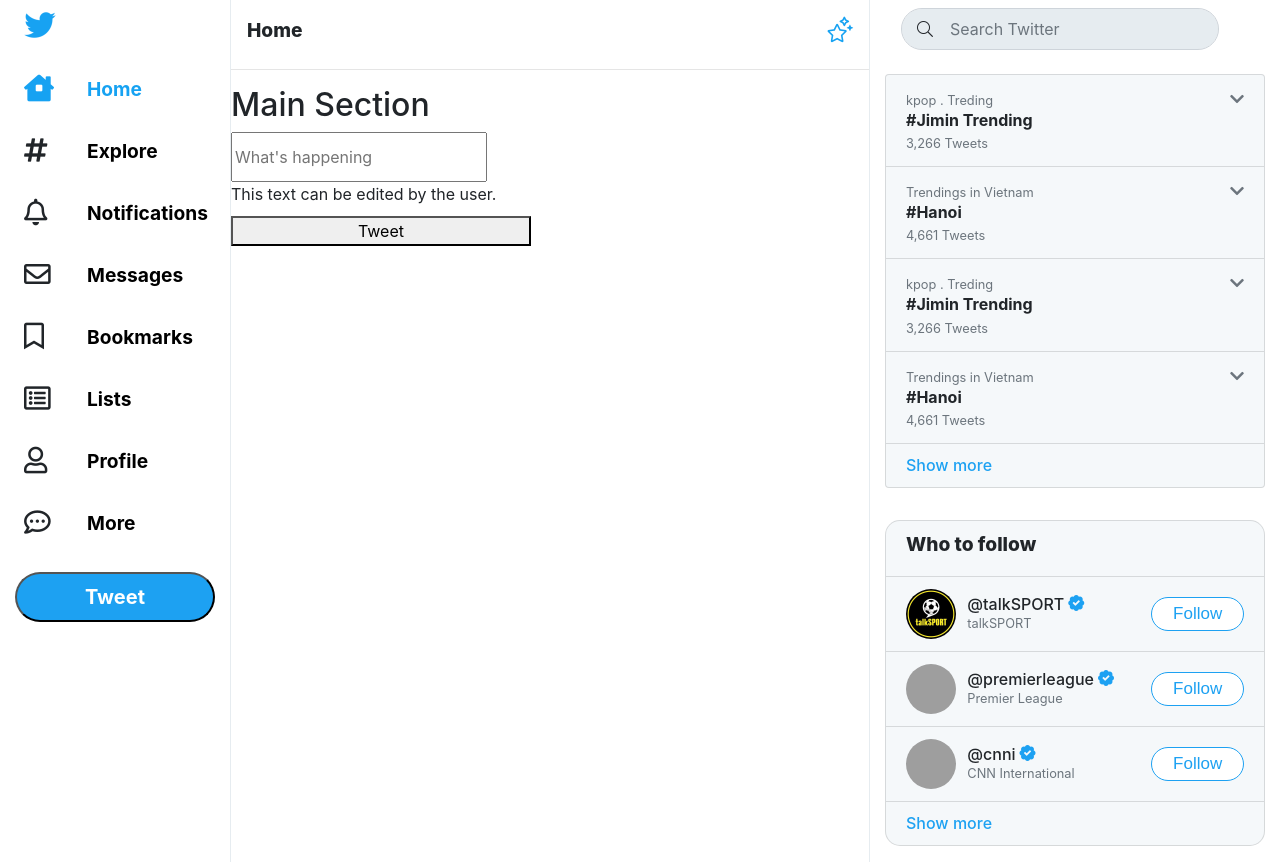
Repository: tts2610/Twitter-clone
Page: index.html
The author's editor kept a copy of each file at every save. The page is drawn from the files as they stood at one save, then again after the next save.
The browser window is 1280 px wide. The pictures show the whole page.
Pictures or frames that could not be fetched are drawn as grey boxes.

Above is the page before, as saved 2020-05-23 15:59:48.

### index.html
<!DOCTYPE html>
<html lang="en">

<head>
    <meta charset="UTF-8">
    <!-- <meta name="viewport" content="width=device-width, initial-scale=1.0"> -->
    <title>Document</title>
    <link rel="stylesheet" href="css/style.css">
    <!-- Latest compiled and minified CSS -->
    <link rel="stylesheet" href="https://maxcdn.bootstrapcdn.com/bootstrap/4.5.0/css/bootstrap.min.css">

    <!-- jQuery library -->
    <script src="https://ajax.googleapis.com/ajax/libs/jquery/3.5.1/jquery.min.js"></script>

    <!-- Popper JS -->
    <script src="https://cdnjs.cloudflare.com/ajax/libs/popper.js/1.16.0/umd/popper.min.js"></script>

    <!-- Latest compiled JavaScript -->
    <script src="https://maxcdn.bootstrapcdn.com/bootstrap/4.5.0/js/bootstrap.min.js"></script>

    <!-- <link rel="stylesheet" crossorigin="anonymous" href="https://use.fontawesome.com/releases/v5.6.3/css/all.css" integrity="sha384-UHRtZLI+pbxtHCWp1t77Bi1L4ZtiqrqD80Kn4Z8NTSRyMA2Fd33n5dQ8lWUE00s/" /> -->
    <link rel="stylesheet" href="css/all.css">

</head>


<body>
    <div class="container" style="width: 100%;">
        <div class="row">
            <div class="col-3 pr-5">
                <div class="row">
                    <div class="col"><img src="/img/twt-logo1.png" alt="twitter-logo" width="50" height="50"></div>
                </div>
                <div class="row my-3">
                    <div id="outerMenuContainer" style="color: #16a2f2;">
                        <div class="col-2 mr-4 py-2 px-4" style="font-size: 20px;"><i class="fas fa-house fa-lg"></i></div>
                        <div class="col-10 py-2" style="margin-right: 0px;padding-right: 0px;font-weight: 700;font-size: larger;"> <a href="#Home" style="color: #16a2f2;">Home</a></div>
                    </div>

                </div>
                <div class="row my-3">
                    <div id="outerMenuContainer">
                        <div class="col-2 mr-4 py-2 px-4" style="font-size: 20px;"><i class="fas fa-hashtag fa-lg"></i></div>
                        <div class="col-10" style="margin-right: 0px;padding-right: 0px;font-weight: 700;font-size: larger;"><a href="#services">Explore</a></div>

                    </div>
                </div>
                <div class="row my-3">
                    <div id="outerMenuContainer">
                        <div class="col-2 mr-4 py-2 px-4" style="font-size: 20px;"><i class="far fa-bell fa-lg"></i></div>
                        <div class="col-10" style="margin-right: 0px;padding-right: 0px;font-weight: 700;font-size: larger;"><a href="#clients">Notifications</a></div>

                    </div>
                </div>
                <div class="row my-3">
                    <div id="outerMenuContainer">
                        <div class="col-2 mr-4 py-2 px-4" style="font-size: 20px;"><i class="far fa-envelope fa-lg"></i></div>
                        <div class="col-10" style="margin-right: 0px;padding-right: 0px;font-weight: 700;font-size: larger;"><a href="#contact">Messages</a></div>
                    </div>
                </div>
                <div class="row my-3">
                    <div id="outerMenuContainer">
                        <div class="col-2 mr-4 py-2 px-4" style="font-size: 20px;"><i class="far fa-bookmark fa-lg"></i></div>
                        <div class="col-10" style="margin-right: 0px;padding-right: 0px;font-weight: 700;font-size: larger;"><a href="#clients">Bookmarks</a></div>
                    </div>
                </div>
                <div class="row my-3">
                    <div id="outerMenuContainer">
                        <div class="col-2 mr-4 py-2 px-4" style="font-size: 20px;"><i class="far fa-list-alt fa-lg"></i></div>
                        <div class="col-10" style="margin-right: 0px;padding-right: 0px;font-weight: 700;font-size: larger;"><a href="#contact">Lists</a></div>
                    </div>
                </div>
                <div class="row my-3">
                    <div id="outerMenuContainer">
                        <div class="col-2 mr-4 py-2 px-4" style="font-size: 20px;"><i class="far fa-user fa-lg"></i></div>
                        <div class="col-10" style="margin-right: 0px;padding-right: 0px;font-weight: 700;font-size: larger;"><a href="#clients">Profile</a></div>
                    </div>
                </div>
                <div class="row my-3">
                    <div id="outerMenuContainer">
                        <div class="col-2 mr-4 py-2 px-4" style="font-size: 20px;"><i class="far fa-comment-dots fa-lg"></i></div>
                        <div class="col-10" style="margin-right: 0px;padding-right: 0px;font-weight: 700;font-size: larger;"><a href="#contact">More</a></div>
                    </div>
                </div>
                <div class="row my-3">
                    <div class="col"><button class="tweetbtn" href="#">Tweet</button></div>
                </div>
            </div>

            <div class="col-6" style="border-right: #e6ecf0 solid 1px; border-left: #e6ecf0 solid 1px; padding-left: 0px; padding-right: 0px;">
                <nav class="navbar sticky-top navbar-light my-2" id="leftNav">
                    <span>Home</span>
                    <span style="color: #16a2f2;"><i class="fal fa-stars fa-lg"></i></span>
                </nav>
                <hr/>
                <div>
                    <h2>Main Section</h2>
                    <input type="text" id="tweetArea" placeholder="What's happening">
                    <div contenteditable="true">
                        This text can be edited by the user.
                    </div>
                    <button id="tweetBtn" onclick="post()">Tweet</button>
                    <span id="remain"></span>
                    <div id="content" class="mt-5">
                    </div>



                </div>
            </div>

            <div class="col-3">
                <nav class="navbar sticky-top navbar-light" id="rightNav">
                    <span style="position: absolute;z-index: 100;"><i class="fal fa-search ml-3"></i></span>
                    <div><input class="form-control mr-sm-2 pl-5" type="search" placeholder="Search Twitter" aria-label="Search" id="search"></div>
                </nav>
                <div id="trendings" class="py-3">
                    <ul class="list-group mb-3">
                        <!-- <li class="list-group-item d-flex justify-content-between lh-condensed header" style="border-radius: 15px 15px 0px 0px;" id="trendingHeader">
                            <div>
                                <div class="trends-header">Trends for you</div>
                            </div>
                            <span class="text-muted"><i class="fal fa-cog" style="COLOR: rgba(29,161,242,1.00); font-size: larger;"></i></span>
                        </li> -->
                        <li class="list-group-item d-flex justify-content-between lh-condensed content" id="trending1">
                            <div>
                                <small class="text-muted">Trendings in Vietnam</small>
                                <h6 class="my-0 hashtag">#Hanoi</h6>
                                <small class="text-muted">4,661 Tweets</small>
                            </div>
                            <span class="text-muted"><i class="fas fa-chevron-down"></i></span>
                        </li>
                        <li class="list-group-item d-flex justify-content-between lh-condensed content" id="trending2">
                            <div>
                                <small class="text-muted">kpop . Treding</small>
                                <h6 class="my-0 hashtag">#Jimin Trending</h6>
                                <small class="text-muted">3,266 Tweets</small>
                            </div>
                            <span class="text-muted"><i class="fas fa-chevron-down"></i></span>
                        </li>
                        <li class="list-group-item d-flex justify-content-between lh-condensed content" id="trending3">
                            <div>
                                <small class="text-muted">Trendings in Vietnam</small>
                                <h6 class="my-0 hashtag">#Hanoi</h6>
                                <small class="text-muted">4,661 Tweets</small>
                            </div>
                            <span class="text-muted"><i class="fas fa-chevron-down"></i></span>
                        </li>
                        <li class="list-group-item d-flex justify-content-between lh-condensed content" id="trending4">
                            <div>
                                <small class="text-muted">kpop . Treding</small>
                                <h6 class="my-0 hashtag">#Jimin Trending</h6>
                                <small class="text-muted">3,266 Tweets</small>
                            </div>
                            <span class="text-muted"><i class="fas fa-chevron-down"></i></span>
                        </li>
                        <li class="list-group-item d-flex justify-content-between lh-condensed content" style="border-radius: 0px 0px 15px 15px">
                            <div>
                                <h6 class="my-0"><a href="#" style="COLOR: rgba(29,161,242,1.00); text-decoration: none;">Show more</a></h6>
                            </div>
                        </li>
                    </ul>
                </div>

                <div id="whoToFollow" class="">
                    <ul class="list-group mb-3">
                        <li class="list-group-item d-flex justify-content-between lh-condensed" style="border-radius: 15px 15px 0px 0px;">
                            <div>
                                <h5 class="whoToFollow-header">Who to follow</h5>
                            </div>
                        </li>
                        <li class="list-group-item content">
                            <div class="row">
                                <div class="col-2">
                                    <img src="img/profileImages/talkSport.jpg" id="moreToFollowImg" alt="Avatar">
                                </div>
                                <div class="col-6">
                                    <div style="display: flex;">
                                        <h6 class="my-0 hashtag">@talkSPORT</h6>
                                        <i class="ml-1 fas fa-badge-check"></i>
                                    </div>

                                    <small class="text-muted">talkSPORT</small>

                                </div>
                                <div class="col-4">
                                    <a href="#" class="followBtn">Follow</a>
                                </div>
                            </div>
                        </li>
                        <li class="list-group-item content">
                            <div class="row">
                                <div class="col-2">
                                    <img src="https://d3pc1xvrcw35tl.cloudfront.net/ln/feedImages/643x481/bwpUoL-J_400x400_ckOpi7f_4RVQqqi_ZPjpFJN_cnPYP1e_202004.jpg" id="moreToFollowImg" alt="Avatar">
                                </div>
                                <div class="col-6">
                                    <div style="display: flex;">
                                        <h6 class="my-0 hashtag">@premierleague</h6>
                                        <i class="ml-1 fas fa-badge-check"></i>
                                    </div>

                                    <small class="text-muted">Premier League</small>

                                </div>
                                <div class="col-4">
                                    <a href="#" class="followBtn">Follow</a>
                                </div>
                            </div>
                        </li>
                        <li class="list-group-item content">
                            <div class="row">
                                <div class="col-2">
                                    <img src="https://upload.wikimedia.org/wikipedia/commons/thumb/6/66/CNN_International_logo.svg/1200px-CNN_International_logo.svg.png" id="moreToFollowImg" alt="Avatar">
                                </div>
                                <div class="col-6">
                                    <div style="display: flex;">
                                        <h6 class="my-0 hashtag">@cnni</h6>
                                        <i class="ml-1 fas fa-badge-check"></i>
                                    </div>

                                    <small class="text-muted">CNN International</small>

                                </div>
                                <div class="col-4">
                                    <a href="#" class="followBtn">Follow</a>
                                </div>
                            </div>
                        </li>
                        <li class="list-group-item d-flex justify-content-between lh-condensed content" style="border-radius: 0px 0px 15px 15px">
                            <div>
                                <h6 class="my-0"><a href="#" style="COLOR: rgba(29,161,242,1.00); text-decoration: none;">Show more</a></h6>
                            </div>
                        </li>
                    </ul>
                </div>
            </div>
        </div>
        <!-- END COL-3 -->
    </div>

    <script src="js/script.js"></script>
    <script src="js/moment.js"></script>
</body>

</html>

### css/style.css
* {
    box-sizing: border-box;
}

body {
    font-family: “Helvetica Neue”, Helvetica, Arial, sans-serif;
}


/* body .container {
    max-width: 80%;
    padding-left: 0px;
    padding-right: 0px;
} */


/* .container {
    width: 60%;
} */

@media (min-width: 1200px) {
    body .container {
        max-width: 100%;
    }
}


/* extra large devices */

@media screen and (min-width: 1800px) {
    body .container {
        max-width: 70%;
    }
}

.container .row .col-3 {
    max-width: 230px;
}

#leftNav {
    display: flex;
    justify-content: space-between;
    font-size: larger;
    font-weight: 800;
    background-color: white;
}

#rightNav {
    min-width: 380px;
    background-color: white;
}

#rightNav .input-group-prepend {
    background-color: white !important;
    color: white !important;
}

#search {
    border-radius: 30px;
    height: 10px;
    padding: 20px;
    position: relative;
    width: 318px;
    background-color: #e6ecf0;
}

.sidenav {
    height: 100%;
    position: fixed;
    z-index: 1;
    top: 0;
    left: 0;
    background-color: rgb(255, 255, 255);
    overflow-x: hidden;
    padding-top: 20px;
    border-right: 1px solid lightgrey;
}

.sidenav a {
    text-decoration: none;
    font-size: 25px;
    color: #000000;
    display: block;
    font-family: system-ui, -apple-system, BlinkMacSystemFont, "Segoe UI", Roboto, Ubuntu, "Helvetica Neue", sans-serif;
    ;
    margin: 5px;
    margin-bottom: 10px;
}

.sidenav a:hover {
    color: #16afdd;
}

.main {
    margin-left: 160px;
    /* Same as the width of the sidenav /
    font-size: 28px; / Increased text to enable scrolling */
    padding: 0px 10px;
}

@media screen and (max-height: 450px) {
    .sidenav {
        padding-top: 15px;
    }
    .sidenav a {
        font-size: 18px;
    }
}

.tweetbtn {
    height: 50px;
    width: 200px;
    border-radius: 40px;
    background-color: rgb(29, 161, 242);
    color: white;
    font-weight: bolder;
    font-size: 20px;
    cursor: pointer;
    margin-left: 0px;
    margin-top: 10px;
}

.tweetbtn:hover {
    background-color: rgba(26, 145, 218);
}

.home {
    display: flex;
}

.explore {
    display: flex;
}

.notifications {
    display: flex;
}

.messages {
    display: flex;
}

.bookmarks {
    display: flex;
}

.lists {
    display: flex;
}

.profile {
    display: flex;
}

.more {
    display: flex;
}


/* Clear floats after the columns */

.row:after {
    content: "";
    display: table;
    clear: both;
}

tr {
    text-align: center;
}

#tweetArea {
    width: max-content;
    height: 50px;
}

#tweetBtn {
    margin-top: 10px;
    width: 300px;
}

#trendings {
    min-width: 380px;
}

#trendings .list-group-item {
    background-color: #f5f8fa;
}

#trendings .content {
    cursor: pointer;
}

#trendings .trends-header {
    font-weight: 800;
    font-size: larger;
}

#trendings .content:hover {
    filter: brightness(97%)
}

#trendings ul li .hashtag {
    font-weight: 700;
}

#moreToFollowImg {
    border-radius: 50%;
    width: 50px;
    height: 50px;
}

.fa-badge-check {
    color: rgba(29, 161, 242, 1.00);
}

.followBtn {
    -webkit-border-radius: 20px;
    -moz-border-radius: 20px;
    border-radius: 25px;
    color: #1DA1F2;
    font-family: Arial;
    font-size: 17px;
    font-weight: 200;
    padding: 3px;
    background-color: #FFFFFF;
    border: solid #1DA1F2 1px;
    text-decoration: none;
    /* display: inline-block; */
    cursor: pointer;
    text-align: center;
}

.followBtn:hover {
    color: #1DA1F2;
    background: #CFE7F6;
    border-radius: 25px;
    text-decoration: none;
    opacity: 0.7;
}

#whoToFollow {
    min-width: 380px;
}

#whoToFollow .list-group-item {
    background-color: #f5f8fa;
}

#whoToFollow .content {
    cursor: pointer;
}

#whoToFollow .content:hover {
    filter: brightness(97%)
}

#whoToFollow .row .col-6 {
    display: flex;
    flex-direction: column;
    justify-content: center;
}

#whoToFollow .row .col-6 .hashtag {
    text-overflow: ellipsis;
    white-space: nowrap;
    overflow: hidden;
}

#whoToFollow .row .col-4 {
    display: flex;
    flex-direction: column;
    justify-content: center;
}

#whoToFollow .whoToFollow-header {
    font-weight: 800;
    font-size: larger;
}

h6 {
    font-weight: 700;
}

#content .functionBar {
    display: flex;
    justify-content: space-between;
}

#content .row {
    padding: 30px;
    border: 1px solid lightgrey;
}

#content .row div {
    margin-top: 4px;
}

#outerMenuContainer {
    display: flex;
    flex-direction: row;
    align-items: center;
    width: max-content;
}

#outerMenuContainer:hover {
    color: #1DA1F2 !important;
    background: #CFE7F6;
    border-radius: 25px;
    text-decoration: none;
    opacity: 0.7;
    /* padding: 5px 0px 5px 3px;
    width: max-content; */
}

#outerMenuContainer:hover a {
    color: #1DA1F2 !important;
}

#outerMenuContainer a {
    text-decoration: none;
    color: black;
}

### js/script.js
let tweetArea = document.getElementById("tweetArea");
const MAX_LETTER = 140;

let tweetList = [];




const countLetter = () => {
    let lengthOfSentence = tweetArea.value.length;

    let remain = MAX_LETTER - lengthOfSentence;



    if (remain < 0) {
        //  Disable button after 140 characters
        document.getElementById("tweetBtn").disabled = true;

        document.getElementById("remain").innerHTML = `${remain} left`;
        document.getElementById("remain").style.color = "red";
    } else {
        document.getElementById("remain").innerHTML = `${remain} left`;
        document.getElementById("remain").style.color = "black";
    }
}

const post = () => {

    let myTweet = {
        id: tweetList.length ? tweetList.length : 0,
        title: "Sean",
        logo: "img/profileImages/talkSport.jpg",
        content: "Pro-democracy activists warn that the new legislation could mean “the end of Hong Kong”",
        time: new Date().toISOString(),
        retweet: "6",
        likes: "20",
        comments: "10",
        isTweet: false,
        parent: null,
        hashtag: "@Sean"
    };

    // get value of input text
    let input = tweetArea.value;
    myTweet.content = input;

    tweetList.push(myTweet);
    renderFromList();

}



function deleteAll(id) {
    let index = tweetList.findIndex(element => element.id == id)
    tweetList.splice(index, 1)
    console.log(tweetList)
    renderFromList()
}

function renderFromList() {
    tweetList.sort((a, b) => b.id - a.id);
    let html = tweetList.map(element => {
        return `<div class="row">
        <div class="col-2">
            <img src="${element.logo}" id="moreToFollowImg" alt="Avatar">
        </div>
        <div class="col-10">
            <div>
                <span id="tweetTitle">${element.title}</span>
                <span><i class="ml-1 fas fa-badge-check"></i></span>
                <span>${element.hashtag}</span>
                <span>${moment(element.time).fromNow()}</span>
            </div>
            <div>
                ${element.content}
            </div>
            <div>
                link
            </div>
            <div class="functionBar">
                <i class="fal fa-comment"></i>
                <i class="far fa-retweet" onclick="retweet(${element.id})" style="cursor:pointer;"></i>
                <i class="fal fa-heart"></i>
                <i class="fal fa-upload" onclick="deleteAll(${element.id})"></i>
            </div>
        </div>
    </div>`

    }).join('')
    $('#content').empty();
    $('#content').append(html);
}

function retweet(id) {
    let original = tweetList.find(x => x.id == id);
    let child = {
        id: tweetList.length ? tweetList.length : 0,
        title: "Child",
        logo: "https://d3pc1xvrcw35tl.cloudfront.net/ln/feedImages/643x481/bwpUoL-J_400x400_ckOpi7f_4RVQqqi_ZPjpFJN_cnPYP1e_202004.jpg",
        content: original.content,
        time: "8mins",
        retweet: "6",
        likes: "20",
        comments: "10",
        isTweet: true,
        parent: original.id,
        hashtag: "@Child"
    }

    tweetList.push(child);
    console.log(tweetList);
    renderFromList();
}

function ranking() {
    let items = ['#trending1', '#trending2', '#trending3', '#trending4'];

    let randomItem = items[Math.floor(Math.random() * items.length)];
    var $myLi = $(randomItem)
    var $myUl = $(randomItem).parent();
    var listHeight = $myUl.innerHeight();
    var elemHeight = $myLi.height();
    var elemTop = $myLi.position().top;

    var moveUp = listHeight - (listHeight - elemTop) - 75;
    // var moveDown = elemHeight + 25;
    var moveDown = elemHeight + 25;
    var liId = $myLi.attr("id");
    var liHtml = $myLi.outerHTML();


    $("li").each(function() {
        if ($(this).attr("id") == liId || $(this).attr("id") == "trendingHeader" || $myLi.is(':first-child')) {
            return false;
        }
        $(this).animate({
            "top": '+=' + moveDown
        }, 1000);
        $myLi.animate({
            "top": '-=' + moveUp
        }, 1000, function() {
            $myLi.remove();
            var oldHtml = $myUl.html();

            $myUl.html(liHtml + oldHtml);
            $myUl.children("li").attr("style", "");
        });
    });


    setTimeout(ranking, 2000);
}

$(document).ready(function() {
    tweetArea.addEventListener("input", countLetter);
    $.fn.outerHTML = function() {
        return $(this).clone().wrap('<div></div>').parent().html();
    }
    setTimeout(ranking, 2000);
})



// var aPost = {
//   name: "Hugo",
//   logo: "mylogo.png",
//   time: "8mins",
//   retweet: "6",
//   likes: "20",
//   comments: "10"
// isTweet: true,
// parent:
hastags: ["#teamMember", "#French"]
    // };

// let myList = [aPost,aPost,aPost,aPost]

Loaded but not shown: css/all.css (library); js/moment.js (library)

After the next save:
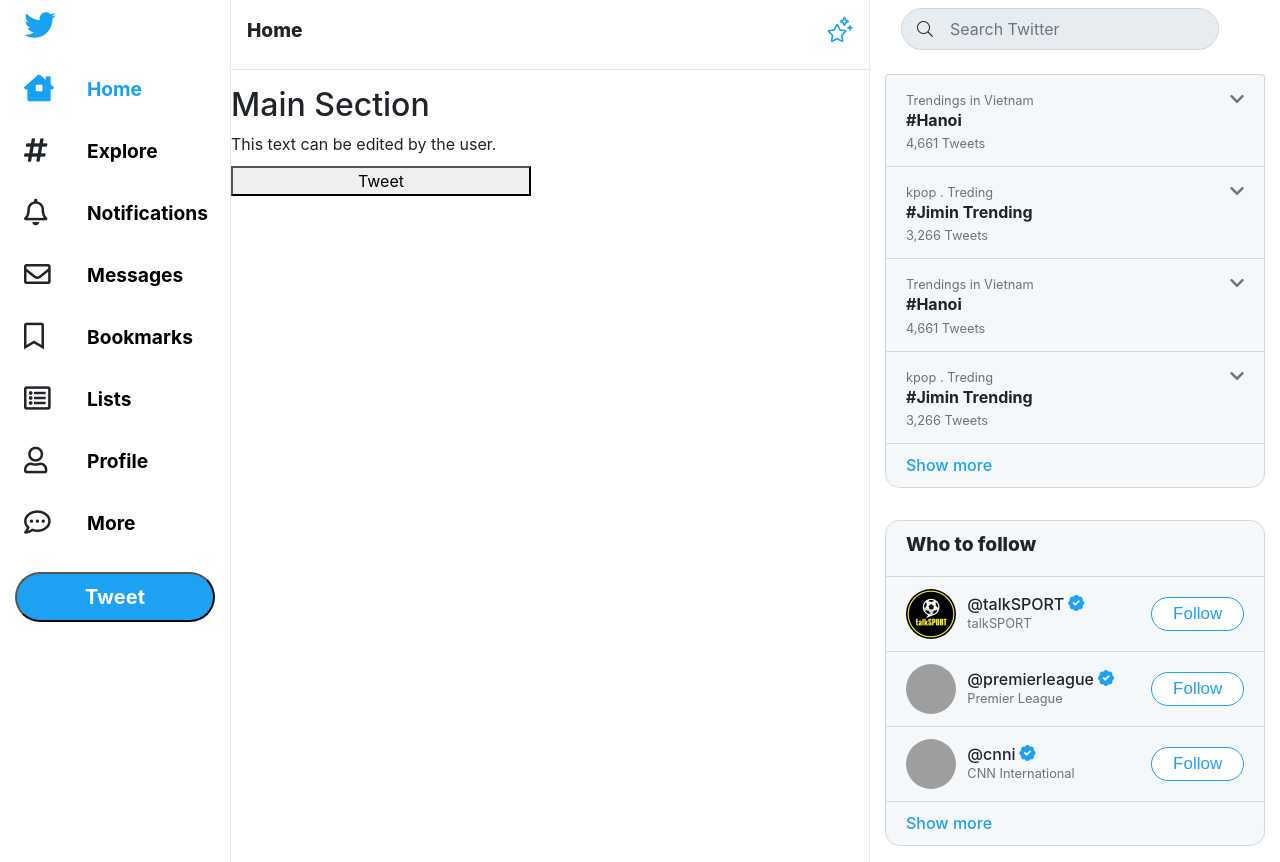
Console error: TypeError: Cannot read properties of null (reading 'addEventListener')
Saved 6 s later.
--- a/index.html
+++ b/index.html
@@ -95,7 +95,7 @@
                 <hr/>
                 <div>
                     <h2>Main Section</h2>
-                    <input type="text" id="tweetArea" placeholder="What's happening">
+                    <!-- <input type="text" id="tweetArea" placeholder="What's happening"> -->
                     <div contenteditable="true">
                         This text can be edited by the user.
                     </div>
